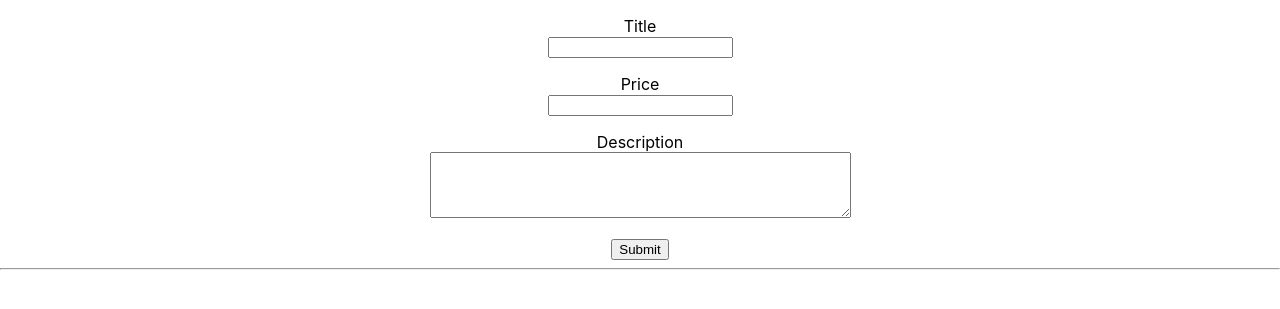
Repository: Shtaiwee1/MERN_STACK
Page: /products (app in Full-stack MERN/Advanced MERN/Product Manager Refactor/productmanager/)
An editor plug-in stored every save of this project. The page is shown before and after the next save, followed by the edit.
The browser window is 1280 px wide. The pictures show the whole page.
The page's requests for data from a server got no answer. The project was rebuilt for these pictures with package versions that can differ from the ones it lists, and the page was loaded fresh each time. No one was signed in, and anything a server would have sent is missing. Also part of the build but not shown: Full-stack MERN/Advanced MERN/Product Manager Refactor/productmanager/src/components/DeleteButton.js, Full-stack MERN/Advanced MERN/Product Manager Refactor/productmanager/src/components/ProductList.js, Full-stack MERN/Advanced MERN/Product Manager Refactor/productmanager/src/views/Detail.js, Full-stack MERN/Advanced MERN/Product Manager Refactor/productmanager/src/views/Update.js.

Above is the page before, as saved 2022-04-20 02:46:05.

After the next save:
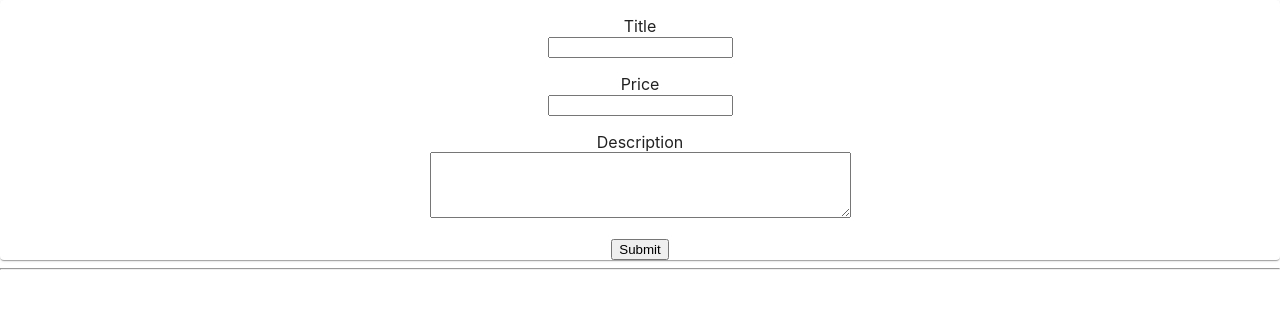
Saved 57 s later.
--- a/Full-stack MERN/Advanced MERN/Product Manager Refactor/productmanager/src/components/ProductForm.js
+++ b/Full-stack MERN/Advanced MERN/Product Manager Refactor/productmanager/src/components/ProductForm.js
@@ -18,7 +18,9 @@
     }
     //onChange to update Title, price and description
     return (
+        <Card>
         <form onSubmit={onSubmitHandler}>
+
             <p>
                 <label>Title</label><br/>
                 <input type="text" onChange={(e)=>setTitle(e.target.value)} value={title}/>
@@ -32,6 +34,8 @@
                 <textarea rows="4"  cols="50" type="text" onChange={(e)=>setDescription(e.target.value)} value={description}/>
             </p>
             <input type="submit"/>
+
         </form>
+        </Card>
     )
 }

After the 4 saves that followed:
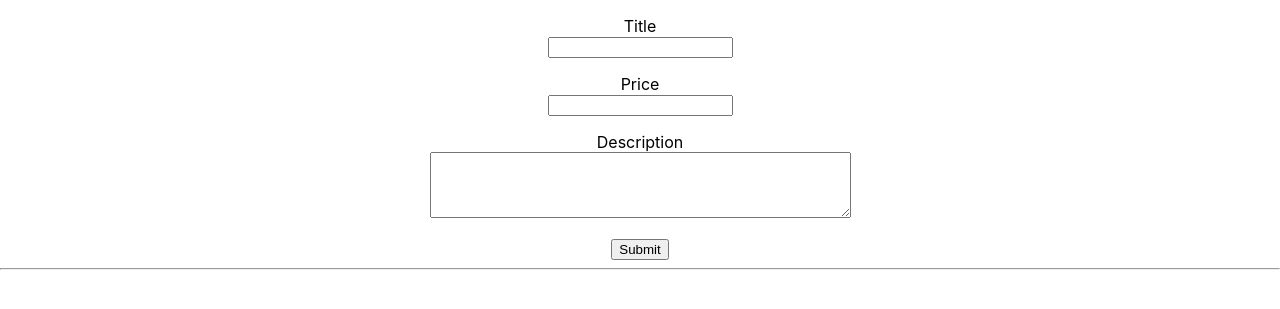
The 4 saves are shown as one change because 3 did not build or start.
The last was saved 2 min 0 s later.
--- a/Full-stack MERN/Advanced MERN/Product Manager Refactor/productmanager/src/components/ProductForm.js
+++ b/Full-stack MERN/Advanced MERN/Product Manager Refactor/productmanager/src/components/ProductForm.js
@@ -18,8 +18,8 @@
     }
     //onChange to update Title, price and description
     return (
-        <Card>
         <form onSubmit={onSubmitHandler}>
+
 
             <p>
                 <label>Title</label><br/>
@@ -35,7 +35,7 @@
             </p>
             <input type="submit"/>
 
+
         </form>
-        </Card>
     )
 }
